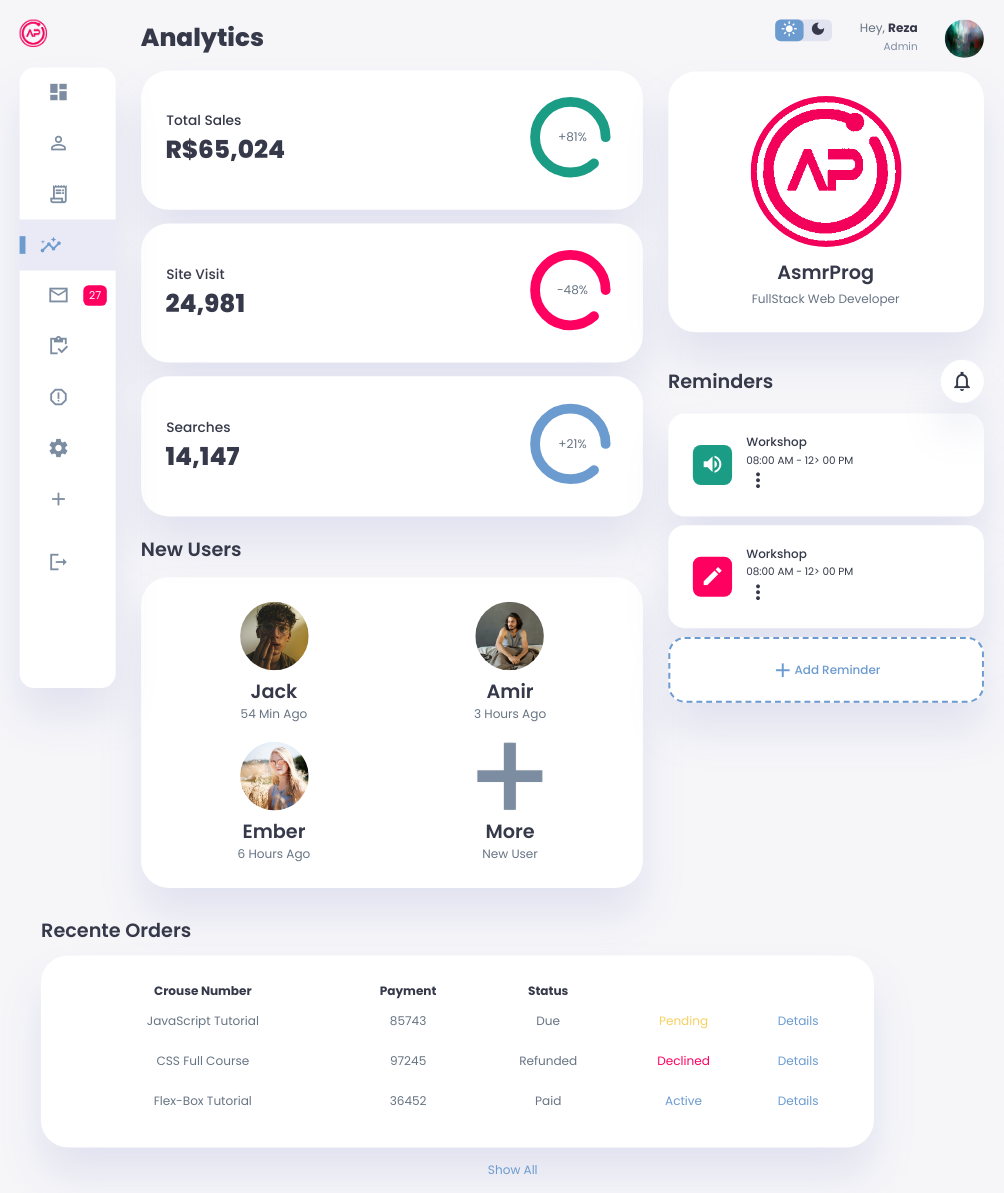
Repository: pheonix5/ProjetosRN-linux
Page: DashBoard/index.html
The author's editor kept a copy of each file at every save. The page is drawn from the files as they stood at one save, then again after the next save.
The browser window is 1024 px wide. The pictures show the whole page, at 98% of full size.

Above is the page before, as saved 2023-08-06 03:29:40.

After the next save:
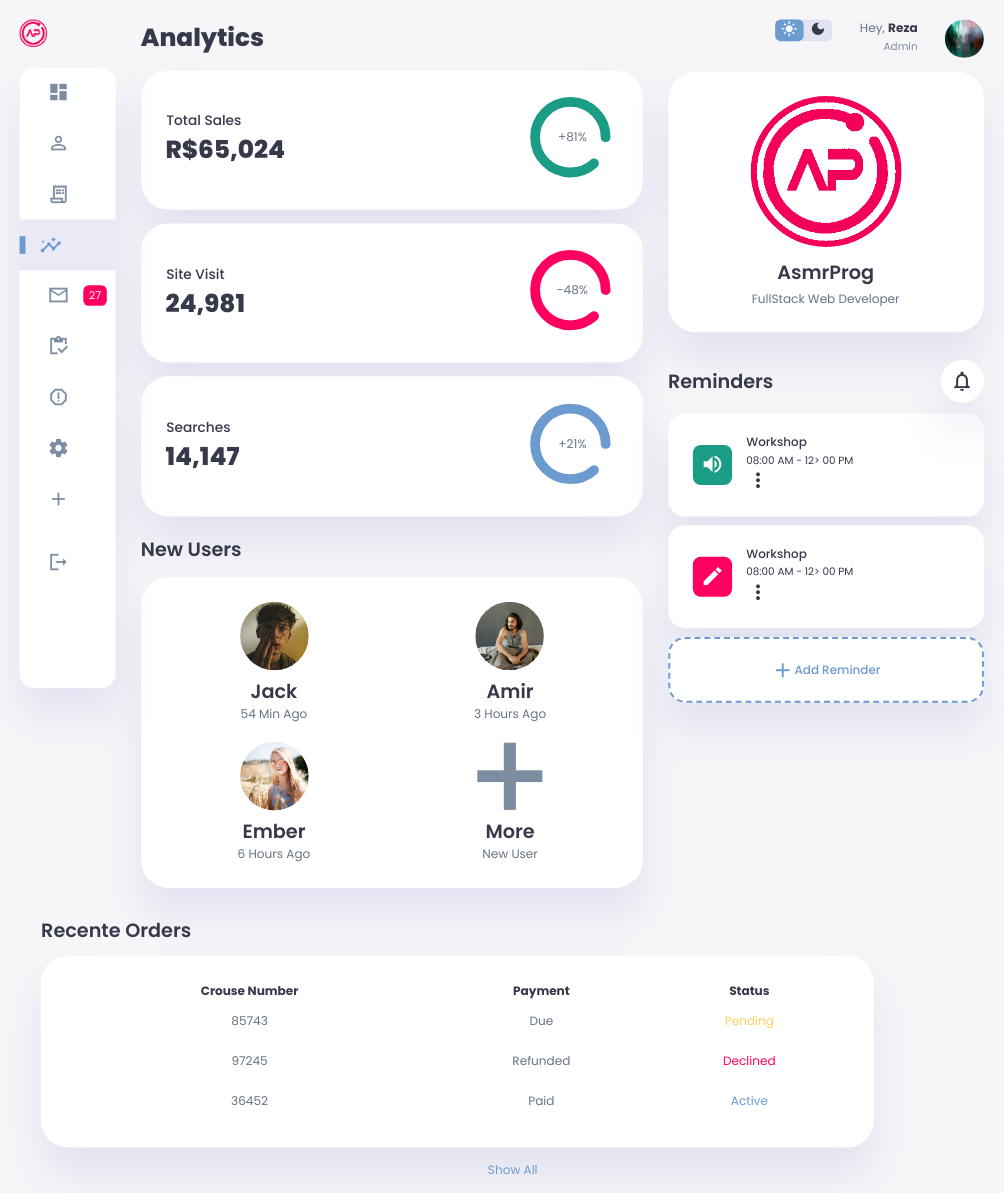
Saved 50 s later.
--- a/DashBoard/style.css
+++ b/DashBoard/style.css
@@ -583,4 +583,9 @@ main .recent-orders a{
   main table thead tr th:first-child{
     display: none;
   }
-}
+
+  main table tbody tr td:last-child,
+  main table tbody tr td:first-child{
+    display: none;
+  }
+}
